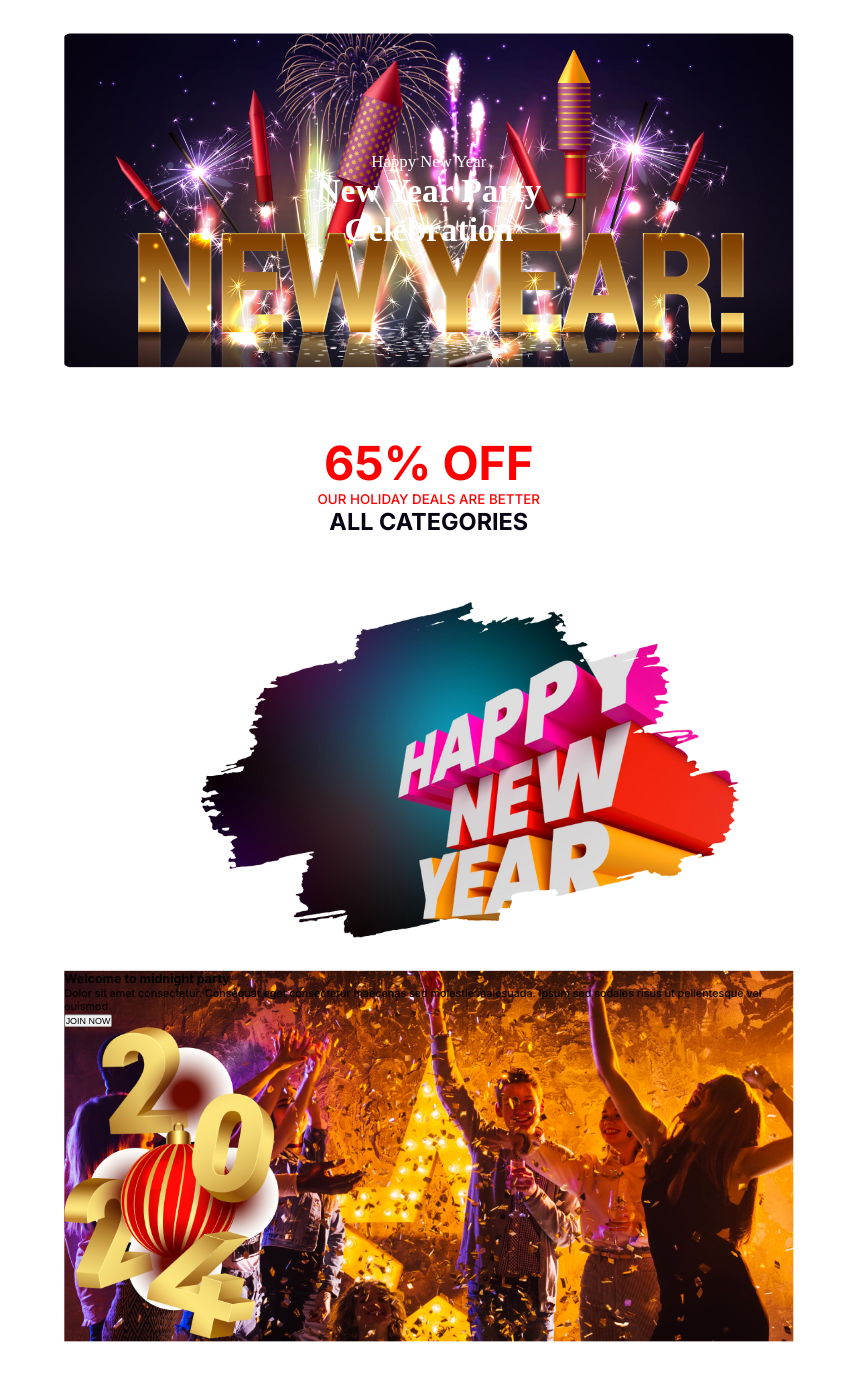
Repository: sumonkumarsarkar/new-year-2024
Page: index.html
These files come from the project's save history. The page is drawn as it stood at one moment and after the next save; the edit follows.
The browser window is 1280 px wide. The pictures show the whole page, at 67% of full size.

Above is the page before, as saved 2024-01-08 10:54:04.

After the next save:
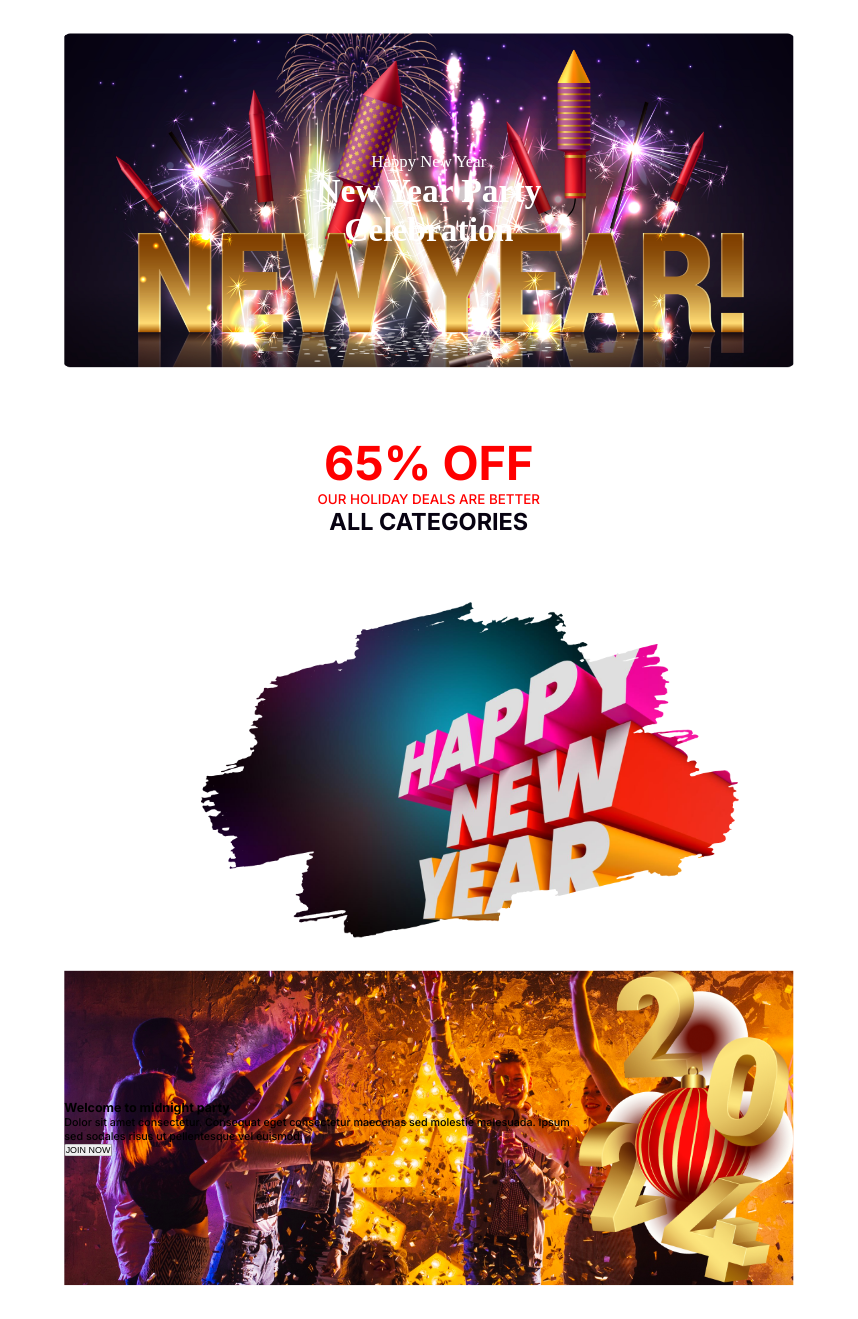
Saved 42 s later.
--- a/style.css
+++ b/style.css
@@ -111,4 +111,9 @@ body{
     background-size: cover;
 
 }
+.midnight-content{
+    display: flex;
+    justify-content: space-between;
+    align-items: center;
+}
 /* midnight party end */
